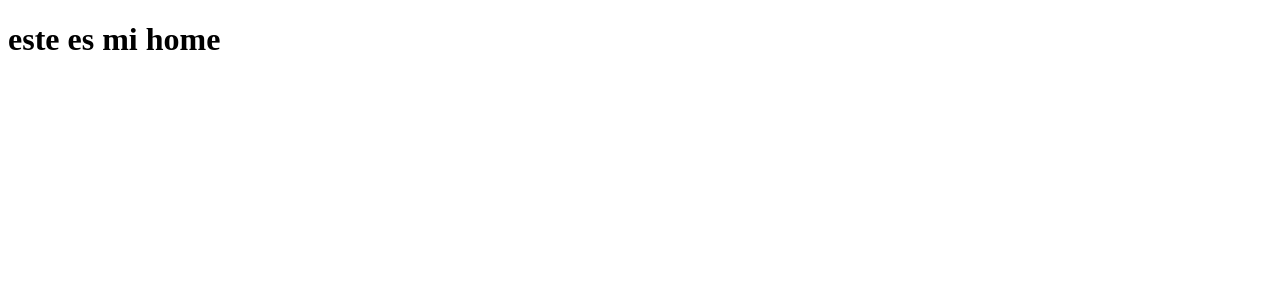
Repository: mauro8778/TurnoClinica
Page: / (app in front/vite-project/)
These files come from the project's save history. The page is drawn as it stood at one moment and after the next save; the edit follows.
The browser window is 1280 px wide. The pictures show the whole page.
The project was rebuilt for these pictures with package versions that can differ from the ones it lists, and the page was loaded fresh each time. Also part of the build but not shown: front/vite-project/vite.config.js.

Above is the page before, as saved 2024-04-11 18:02:15.

After the next save:
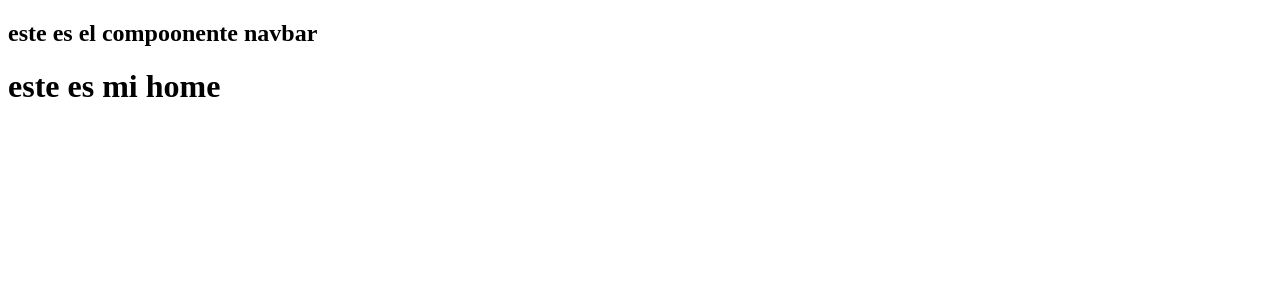
Saved 62 s later.
--- a/front/vite-project/src/components/NavBar.jsx
+++ b/front/vite-project/src/components/NavBar.jsx
@@ -1,11 +1,11 @@
 const NavBar=()=>{
 
-    <>
+    return(<>
     <h2>
         este es el compoonente navbar
     </h2>
 
-    </>
+    </>)
 }
 
 export default NavBar;
